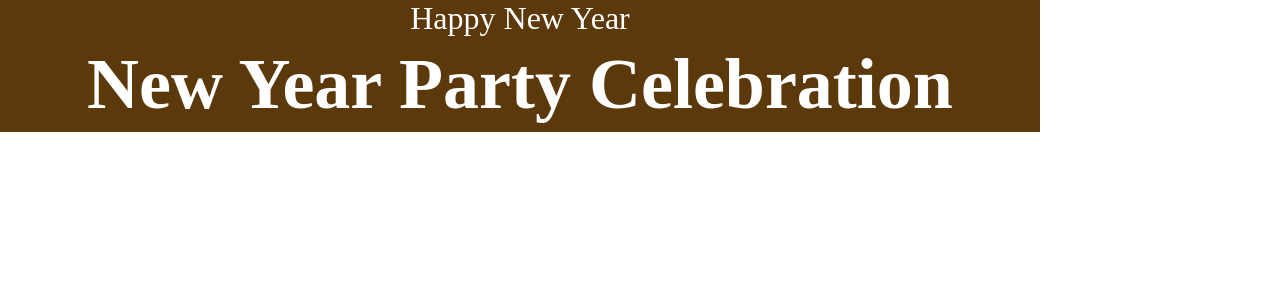
Repository: sumonkumarsarkar/new-year-2024
Page: index.html
The author's editor kept a copy of each file at every save. The page is drawn from the files as they stood at one save, then again after the next save.
The browser window is 1280 px wide. The pictures show the whole page.

Above is the page before, as saved 2024-01-08 09:49:47.

After the next save:
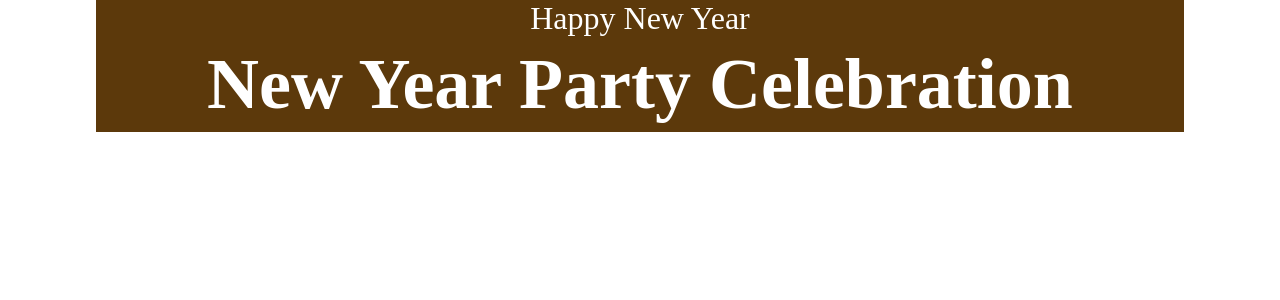
Saved 3 min 55 s later.
--- a/style.css
+++ b/style.css
@@ -6,8 +6,9 @@
     font-family: 'Inter', sans-serif;
 }
  .container{
-    max-width:1040px;
-
+    max-width:1140px;
+    width: 85%;
+    margin: 0 auto;
 
  }
  .banner{
